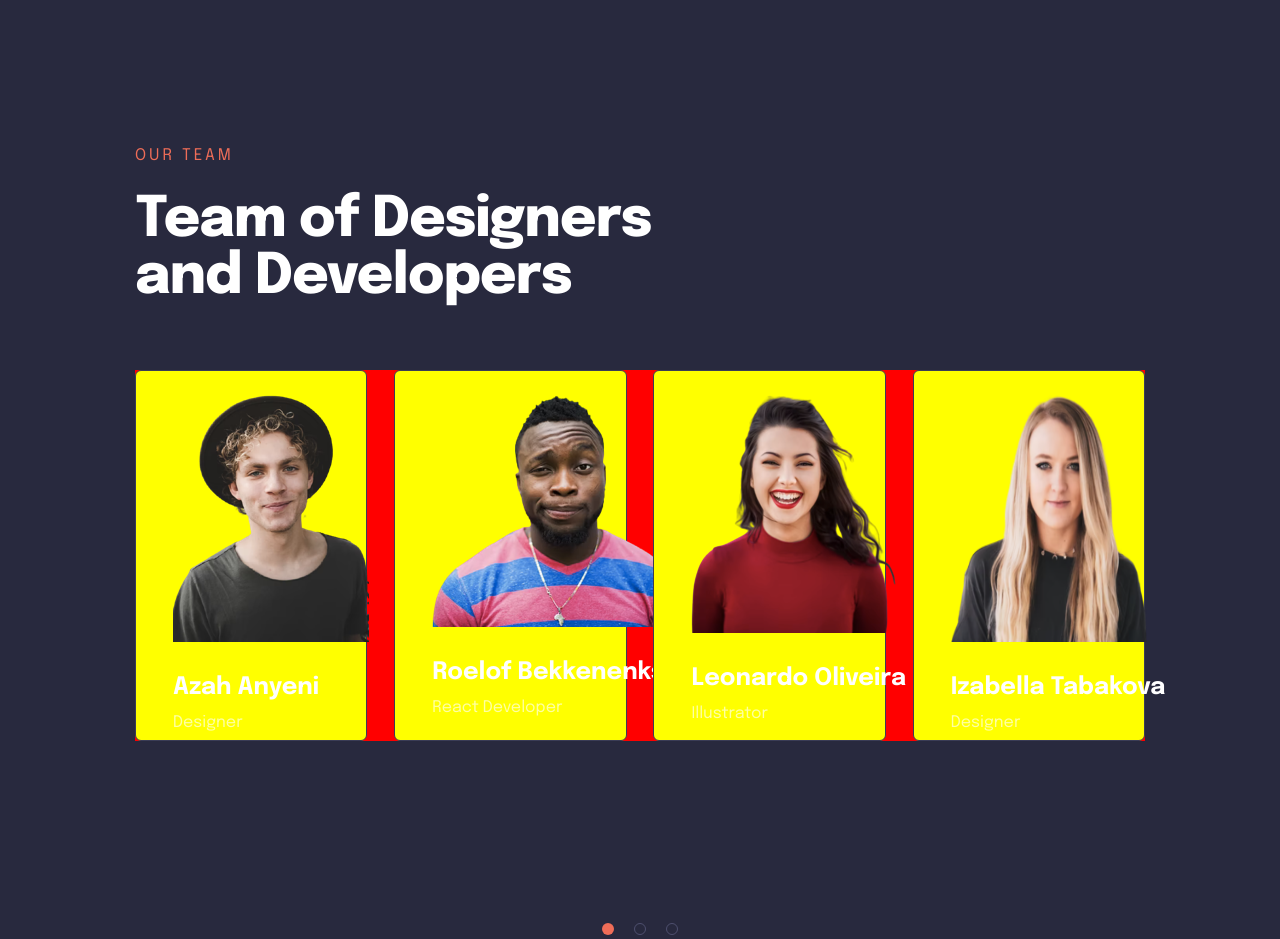
Repository: simralgasimov/ourteam
Page: index.html
These files come from the project's save history. The page is drawn as it stood at one moment and after the next save; the edit follows.
The browser window is 1280 px wide. The pictures show the whole page.

Above is the page before, as saved 2023-09-06 13:05:33.

### index.html
<!DOCTYPE html>
<html lang="en">
  <head>
    <meta charset="UTF-8" />
    <meta name="viewport" content="width=device-width, initial-scale=1.0" />
    <title>Document</title>
    <link rel="stylesheet" href="index.css" />
  </head>
  <body>
    <div class="container">
      <h1>Our Team</h1>
      <h2>Team of Designers and Developers</h2>
      <div class="container-1">
        <div class="box">
          <img src="./img/Bitmap.png" alt="" />
          <h3>Azah Anyeni</h3>
          <p>Designer</p>
        </div>
        <div class="box">
          <img src="./img/Bitmap (1).png" alt="" />
          <h3>Roelof Bekkenenks</h3>
          <p>React Developer</p>
        </div>

        <div class="box">
          <img src="./img/Bitmap (2).png" alt="" />
          <h3>Leonardo Oliveira</h3>
          <p>Illustrator</p>
        </div>

        <div class="box">
          <img src="./img/Bitmap (3).png" alt="" />
          <h3>Izabella Tabakova</h3>
          <p>Designer</p>
        </div>
      </div>
    </div>

    <div class="container-2">
      <div class="button">
        <img src="./img/pins.svg" alt="" />
      </div>
    </div>
  </body>
</html>

### index.css
@import url("https://fonts.googleapis.com/css2?family=Epilogue:wght@400;700;800;900&display=swap");

* {
  margin: 0;
  padding: 0;
  box-sizing: border-box;
}

.container {
  padding: 140px 135px 180px 135px;
  background: #28293e;
}

.container h1 {
  color: var(--Text_Light_Accent, #ef6d58);
  font-feature-settings: "clig" off, "liga" off;
  font-family: Epilogue;
  font-size: 16px;
  font-style: normal;
  font-weight: 400;
  line-height: 32px;
  letter-spacing: 3px;
  text-transform: uppercase;
}

.container h2 {
  margin-top: 20px;
  width: 532px;
  color: var(--Text_Light, #fff);
  font-feature-settings: "clig" off, "liga" off;
  font-family: Epilogue;
  font-size: 56px;
  font-style: normal;
  font-weight: 800;
  letter-spacing: -1px;
}

.container .container-1 {
  margin-top: 64px;
  background-color: red;
  display: flex;
  justify-content: space-between;

}
.container-1 .box {
  padding: 24px 37px 1px 37px;
  width: 23%;
  border-radius: 6px;
  border: 1px solid #3a3c56;
  background-color: yellow;
}

.container-1 .box:first-child img {
  width: 196px;
  height: 247px;
}

.container-1 .box:nth-child(2) img {
  width: 259px;
  height: 232px;
}
.container-1 .box:nth-child(3) img {
  width: 205px;
  height: 238px;
}
.container-1 .box:last-child img {
  width: 196px;
  height: 247px;
}
.container-1 .box h3 {
  justify-content: center;
  margin-top: 26px;
  color: var(--Text_Light, #fff);
  font-feature-settings: "clig" off, "liga" off;
  font-family: Epilogue;
  font-size: 24px;
  font-style: normal;
  font-weight: 700;
  line-height: 32px;
}

.container .box p {
  margin-top: 3px;
  color: var(--Text_Light_Gray, rgba(255, 255, 255, 0.64));
  font-feature-settings: "clig" off, "liga" off;
  font-family: Epilogue;
  font-size: 16px;
  font-style: normal;
  font-weight: 400;
  line-height: 32px;
}

.container .container-1 .box h3:nth-child(2) {
  width: 233px;
}


.container-2 {
  background: #28293e;
}

.container-2 .button {
  width: 76px;
  margin: auto;
}

After the next save:
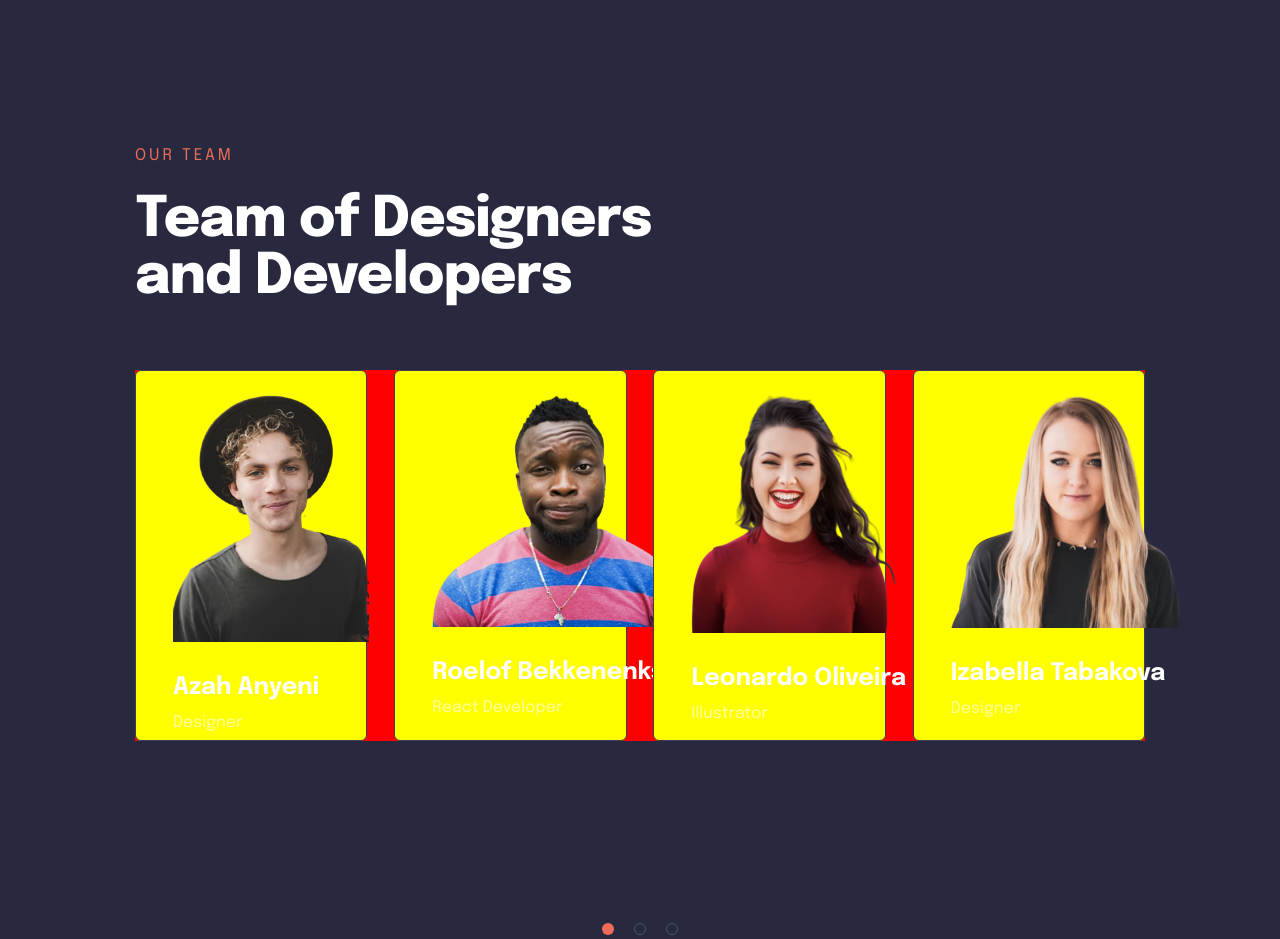
Saved 12 s later.
--- a/index.css
+++ b/index.css
@@ -64,8 +64,8 @@
   height: 238px;
 }
 .container-1 .box:last-child img {
-  width: 196px;
-  height: 247px;
+  width: 230px;
+  height: 233px;
 }
 .container-1 .box h3 {
   justify-content: center;
